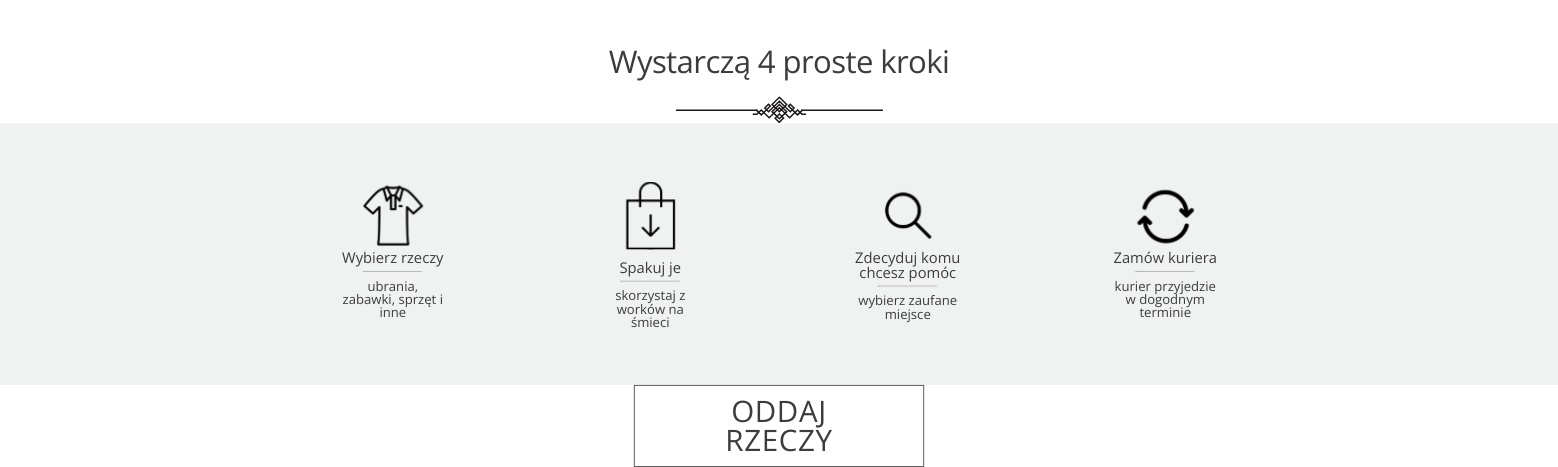
Repository: tomekwoojcik/oddam-w-dobre-rence
Page: /
These files come from the project's save history. The page is drawn as it stood at one moment and after the next save; the edit follows.
The browser window is 1280 px wide. The page is 1900 px wide, so the pictures cover 1900 px, including what lies to the right of the window. The pictures show the part of the page from y = 1347 to 1951 px (the page is 1917 px tall before and 1951 px after), at 82% of full size.
The project was rebuilt for these pictures with package versions that can differ from the ones it lists, and the page was loaded fresh each time. Also part of the build but not shown: src/pages/logIn/logIn.js, src/pages/register/register.js.

Above is the page before, as saved 2022-12-08 08:22:17.

After the next save:
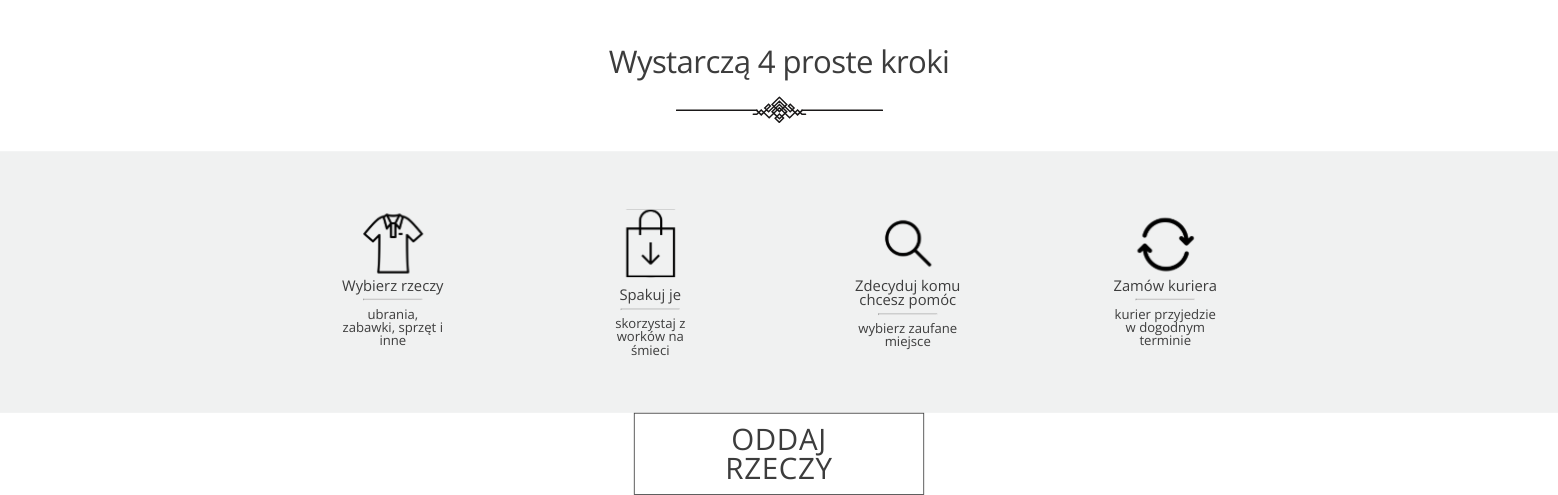
Saved 75 s later.
--- a/src/components/molecules/simpleStepsBar/_simpleStepsBar.scss
+++ b/src/components/molecules/simpleStepsBar/_simpleStepsBar.scss
@@ -8,4 +8,5 @@
     display: flex;
     flex-direction: row;
     justify-content: space-between;
+    margin-top: 34px;
 }
